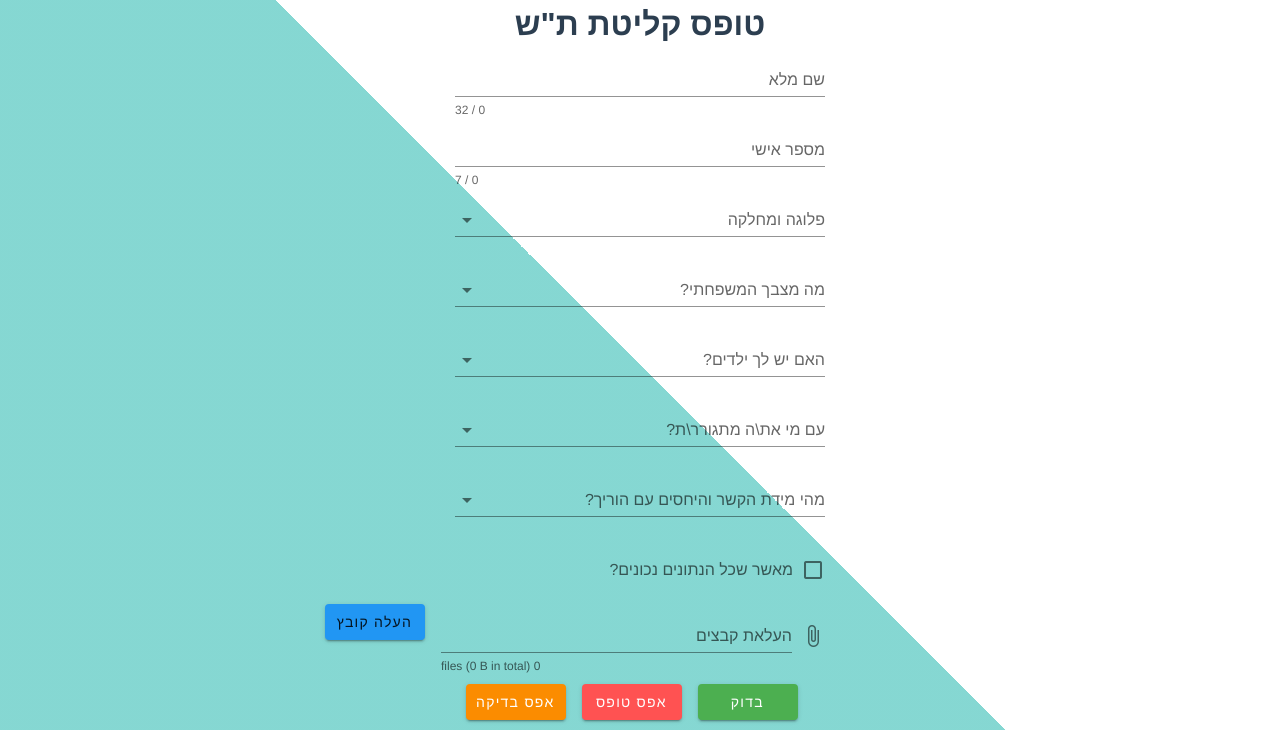
Repository: Natanhel/klitat-tash
Page: /
These files come from the project's save history. The page is drawn as it stood at one moment and after the next save; the edit follows.
The browser window is 1280 px wide. The pictures show the whole page.
The page's requests for data from a server got no answer. The project was rebuilt for these pictures with package versions that can differ from the ones it lists, and the page was loaded fresh each time. No one was signed in, and anything a server would have sent is missing. Also part of the build but not shown: vue.config.js.

Above is the page before, as saved 2020-12-01 18:10:08.

### src/App.vue
<template>
  <div id="app">
    <v-app>

      <h1>טופס קליטת ת"ש</h1>

      <v-form
        ref="form"
        v-model="valid"
        lazy-validation
      >
        <v-text-field
          v-model="name"
          :counter="32"
          :rules="nameRules"
          label="שם מלא"
          required
        ></v-text-field>

        <v-text-field
          v-model="pernr"
          :counter="7"
          :rules="pernrRules"
          label="מספר אישי"
          required
        ></v-text-field>

        <v-select
          v-model="select"
          :items="items"
          :rules="[v => !!v || 'נדרש להזין פלוגה ומחלקה']"
          label="פלוגה ומחלקה"
          required
        ></v-select>

        <v-select
          v-model="select"
          :items="familyItems"
          :rules="[v => !!v || 'נדרש להזין מצב משפחתי']"
          label="מה מצבך המשפחתי?"
          required
        ></v-select>

        <v-select
          v-model="select"
          :items="haveKidsItems"
          :rules="[v => !!v || 'נדרש להזין']"
          label="האם יש לך ילדים?"
          required
        ></v-select>

        <v-select
          v-model="select"
          :items="livingWithItems"
          :rules="[v => !!v || 'נדרש להזין']"
          label="עם מי את\ה מתגורר\ת?"
          required
        ></v-select>

        <v-select
          v-model="select"
          :items="parentsStatusItems"
          :rules="[v => !!v || 'נדרש להזין']"
          label="מהי מידת הקשר והיחסים עם הוריך?"
          required
        ></v-select>

        <v-checkbox
          v-model="checkbox"
          :rules="[v => !!v || 'עליך לאשר על מנת להמשיך!']"
          label="מאשר שכל הנתונים נכונים?"
          required
        ></v-checkbox>

      <div class="upload">

        <v-file-input v-model="files" show-size counter  chips label="העלאת קבצים"></v-file-input>

        <v-btn
          color="blue"
          class="mr-4"
          @click="uploadFile"
        >
          העלה קובץ
        </v-btn>
      </div>
      <div class="btn-group">
        <v-btn
          :disabled="!valid"
          color="success"
          class="mr-4"
          @click="validate"
        >
          בדוק
        </v-btn>

        <v-btn
          color="error"
          class="mr-4"
          @click="reset"
        >
          אפס טופס
        </v-btn>

        <v-btn
          color="warning"
          class="mr-4"
          @click="resetValidation"
        >
          אפס בדיקה
        </v-btn>
      </div>

      </v-form>
    </v-app>
  </div>
</template>

<script>
import axios from 'axios';

export default {
  name: 'App',
  mounted(){
    // login
    const data = JSON.stringify({"password":"passward","email":"natanhelp@gmail.com"});

    const config = {
      method: 'post',
      url: 'https://nat-task-manager.herokuapp.com/users/login',
      headers: {
        'Content-Type': 'application/json'
      },
      data : data
    };

    axios(config)
      .then((response) => {
        this.userToken = response.data.token
      })
      .catch((error) => {
        console.log(error);
      })
  },

  data: () => ({
    userToken: '',
    files: null,
    valid: true,
    name: '',
    nameRules: [
      v => !!v || 'נדרש להזין שם',
      v => !(v && v.length <= 4) || 'על השם להיות ארוך מ-4 תווים',
    ],
    pernr: '',
    pernrRules: [
      v => !!v || 'נדרש להזין מספר אישי',
      v => !(v.length !== 7) || 'על המספר להיות בדיוק 7 תווים'
    ],
    select: null,
    items: [
      'ו1',
      'ו2',
      'ו3',
      'ו4',
      'ו5',
    ],
    familyItems: [
      'רווק/ה',
      'נשוי/ה',
      'גרוש/ה'
    ],
    haveKidsItems: [
      'כן', 'לא'
    ],
    livingWithItems: [
      'מתוגרר/ת עם ההורים (אחד מהם לפחות)',
      'איני מתגורר/ת עם ההורים'
    ],
    parentsRelationsItems: [
      'בקשר עם שניהם ויחסים תקינים',
      'בקשר וביחסיפ תקינים (רק עם אחד מהם)',
      'בקשר עם שניהם/אחד מהם ומערכת יחסים רעועה',
      'לא בקשר בכלל'
    ],
    parentsStatusItems: [
      'נשואים',
      'גרושים',
      'פרודים',
      'אלמנ/ה',
      'רווק/ה'
    ],
    checkbox: false,
  }),
  methods: {
    validate () {
      this.$refs.form.validate()
    },
    reset () {
      this.$refs.form.reset()
    },
    resetValidation () {
      this.$refs.form.resetValidation()
    },
    async uploadFile() {
      var FormData = require('form-data');
      var data = new FormData();
      const buffer = await this.files.arrayBuffer()

      data.append('avatar', buffer)

      var config = {
        method: 'post',
        url: 'https://nat-task-manager.herokuapp.com/users/me/avatar',
        headers: {
          'Authorization': 'Bearer ' + this.userToken,
          ...data
        },
        data : data
      }

      axios(config)
      .then(function (response) {
        console.log(JSON.stringify(response.data));
      })
      .catch(function (error) {
        console.log(error);
      })
    }
  },
}
</script>

<style>
#app {
  font-family: Avenir, Helvetica, Arial, sans-serif;
  -webkit-font-smoothing: antialiased;
  -moz-osx-font-smoothing: grayscale;
  text-align: center;
  color: #2c3e50;
  margin-top: 60px;
}

form
{
  width: 370px;
}

#app
{
  padding: 0; margin: 0;
  display: flex;
  align-items: center;
  justify-content: center;
  background-color: transparent;
}

.v-btn
{
  width: 100px;
}

.btn-group{
  width: 100%;
  padding: 10px;
}

.upload
{
  display: flex;
  flex-direction: row;
  width: 500px;
}
html
{
  background: rgb(13,176,166);
background: linear-gradient(45deg, rgba(13,176,166,0.5) 50%, rgba(255,255,255,1) 50%  );
}
</style>

### src/plugins/vuetify.js
import Vue from 'vue';
import Vuetify from 'vuetify/lib';

Vue.use(Vuetify);

export default new Vuetify({
    rtl: true,
});

Loaded but not shown: public/index.html (common file); src/main.js (common file)

After the next save:
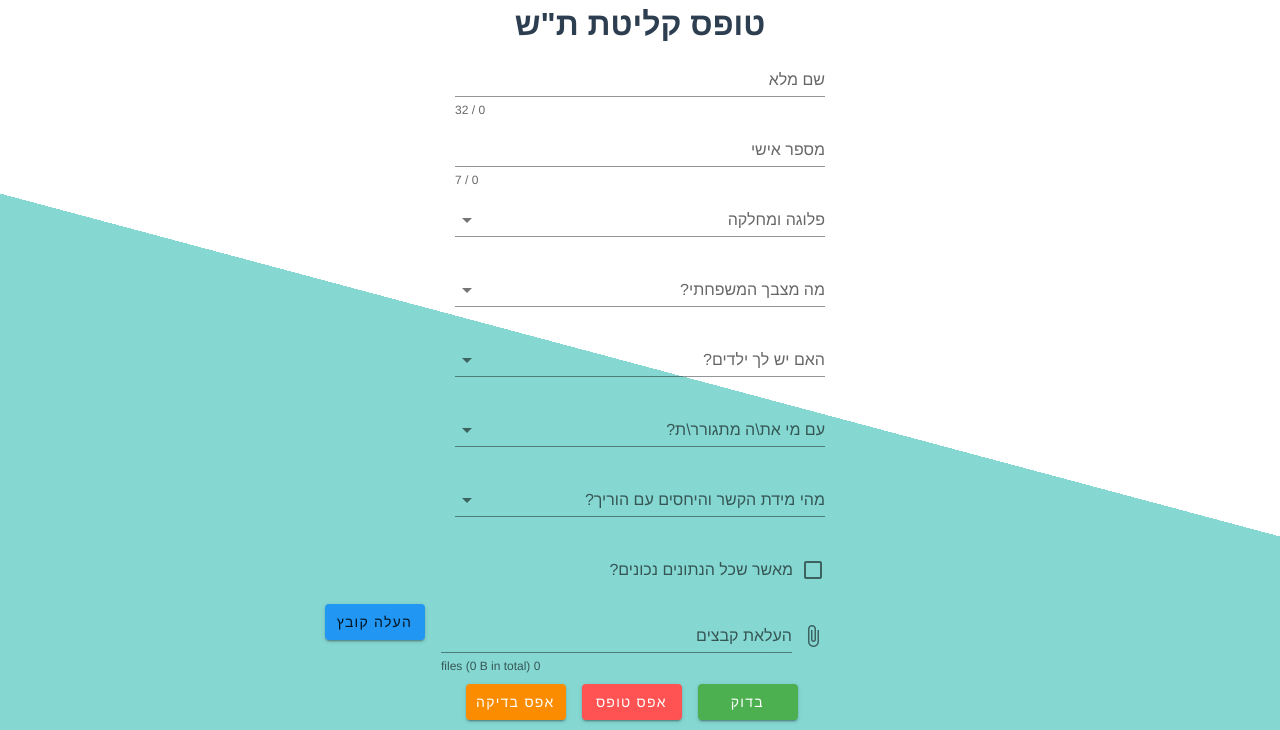
Saved 4 s later.
--- a/src/App.vue
+++ b/src/App.vue
@@ -274,6 +274,6 @@
 html
 {
   background: rgb(13,176,166);
-background: linear-gradient(45deg, rgba(13,176,166,0.5) 50%, rgba(255,255,255,1) 50%  );
+background: linear-gradient(15deg, rgba(13,176,166,0.5) 50%, rgba(255,255,255,1) 50%  );
 }
 </style>

After the save that followed:
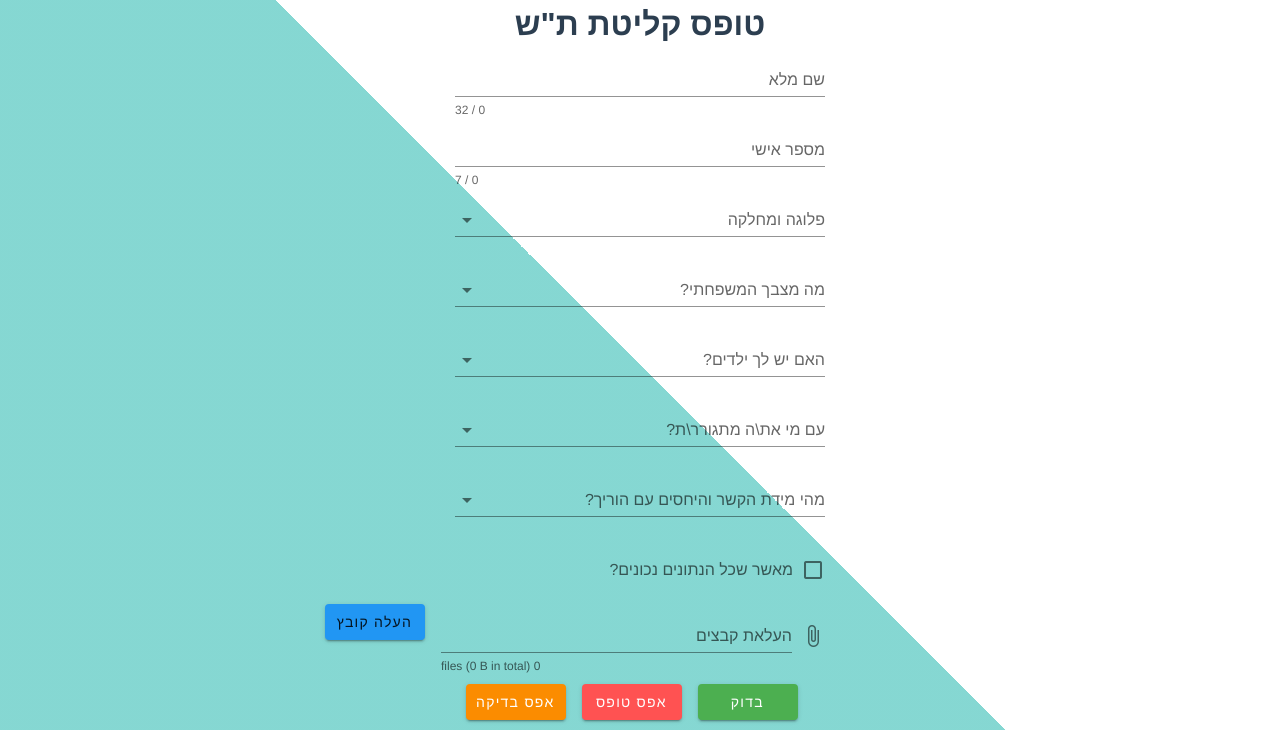
Saved 7 s later.
--- a/src/App.vue
+++ b/src/App.vue
@@ -274,6 +274,6 @@
 html
 {
   background: rgb(13,176,166);
-background: linear-gradient(15deg, rgba(13,176,166,0.5) 50%, rgba(255,255,255,1) 50%  );
+background: linear-gradient(45deg, rgba(13,176,166,0.5) 50%, rgba(255,255,255,1) 50%  );
 }
 </style>
